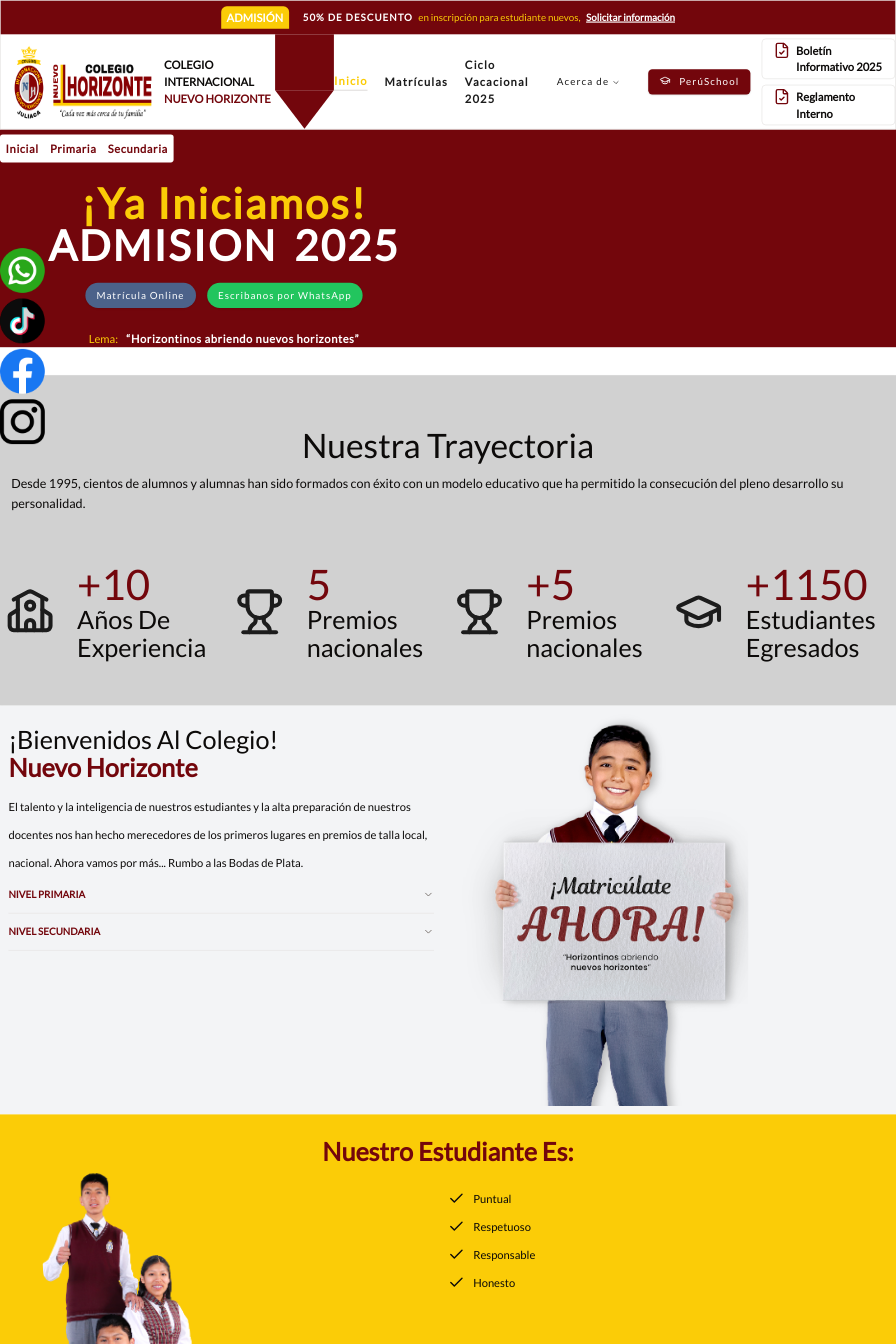
Repository: jefrydep/new_horizont_school
Page: /
The author's editor kept a copy of each file at every save. The page is drawn from the files as they stood at one save, then again after the next save.
The browser window is 1280 px wide. The pictures show the part of the page from y = 0 to 1920 px (the page is 4331 px tall), at 70% of full size.
The project was rebuilt for these pictures with package versions that can differ from the ones it lists, and the page was loaded fresh each time. The framework's server and built-in components were replaced by stand-ins that run in the browser. Also part of the build but not shown: next.config.ts.

Above is the page before, as saved 2024-12-05 20:13:42.

After the next save:
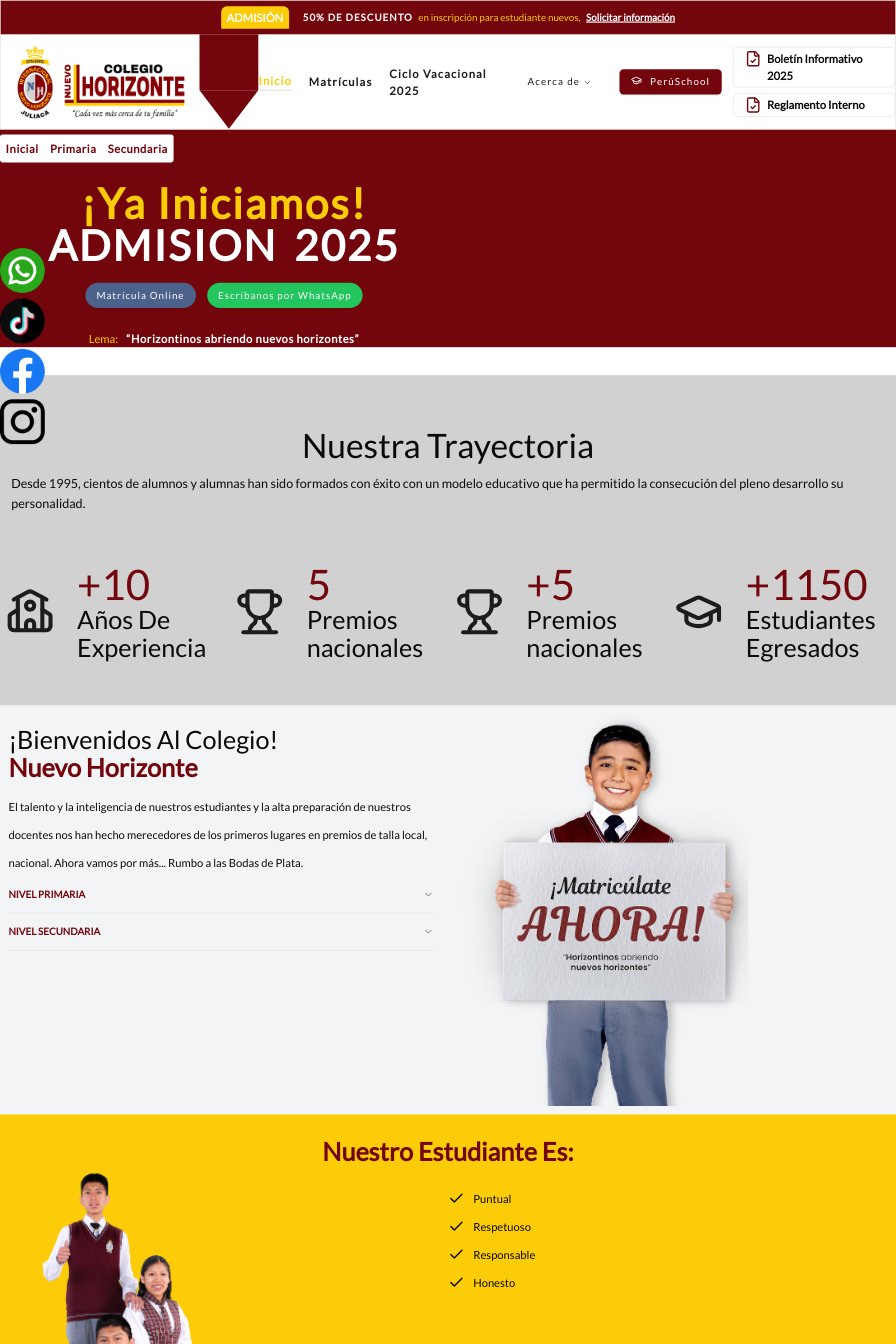
Saved 11 s later.
--- a/src/components/Navbar.tsx
+++ b/src/components/Navbar.tsx
@@ -67,10 +67,7 @@ export default function Navbar() {
               className="h-24 sm:h-28"
             />
           </div>
-          <div className="flex flex-col text-sm sm:text-base">
-            COLEGIO INTERNACIONAL{" "}
-            <span className="text-title">NUEVO HORIZONTE</span>
-          </div>
+
         </div>
         <div className="hidden sm:block">
           <div className="flex flex-col items-center  ">
